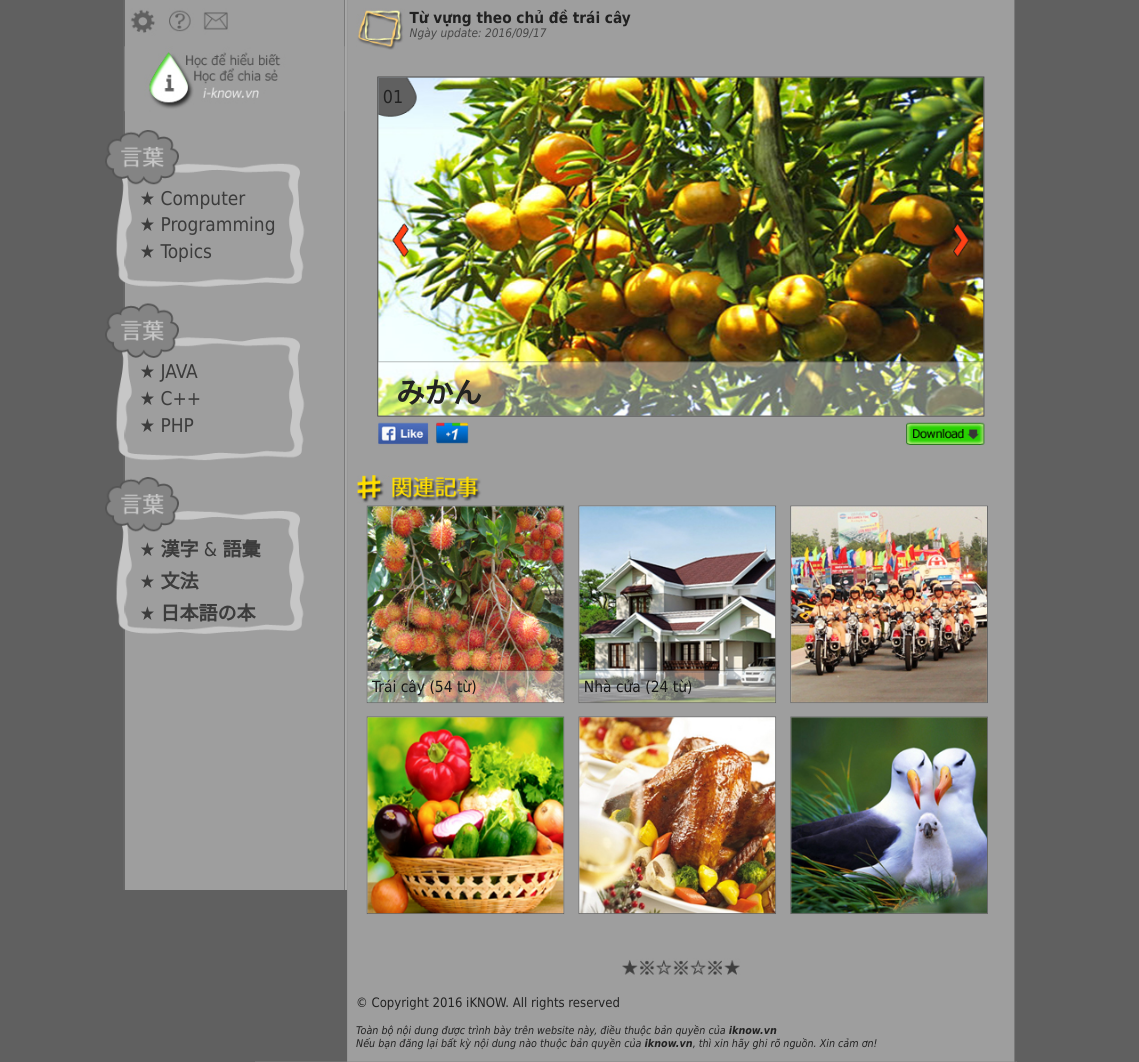
Repository: ruanonglam/_workspace
Page: Web Design/iknow.vn/WebContent/cotoba-view.html
The author's editor kept a copy of each file at every save. The page is drawn from the files as they stood at one save, then again after the next save.
The browser window is 1280 px wide. The pictures show the whole page, at 89% of full size.

Above is the page before, as saved 2016-09-18 05:56:03.

After the next save:
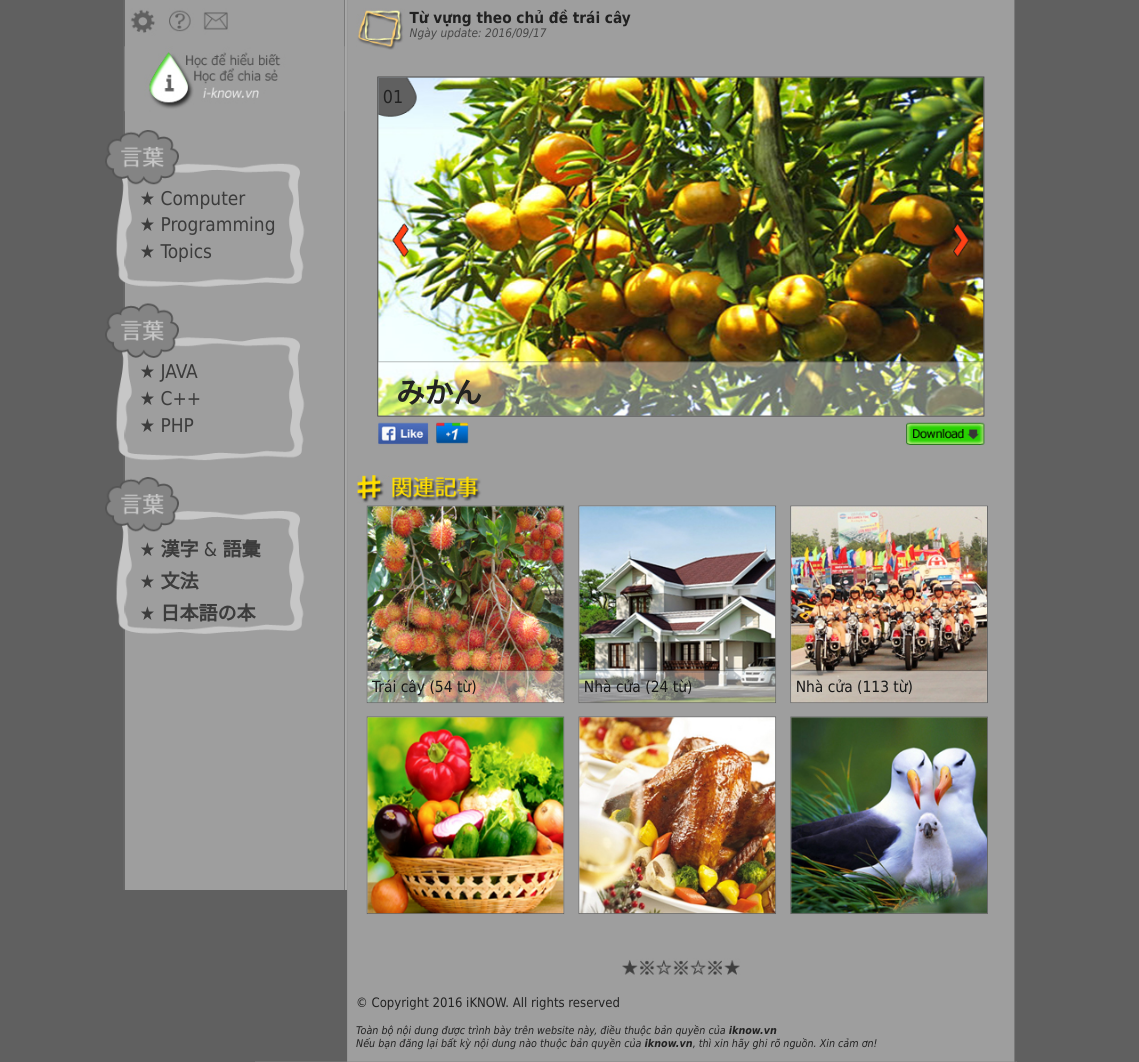
Saved 20 s later.
--- a/Web Design/iknow.vn/WebContent/cotoba-view.html
+++ b/Web Design/iknow.vn/WebContent/cotoba-view.html
@@ -117,6 +117,8 @@
 				</div>
 				<div class="right_relate_item">
 					<a href="#"><img alt="Vocabulary" src="_img/sample/giaothong/_thumb_giaothong.jpg"></a>
+					<div id="_title"></div>
+					<font>Nhà cửa (113 từ)</font>
 				</div>
 			</div>
 
